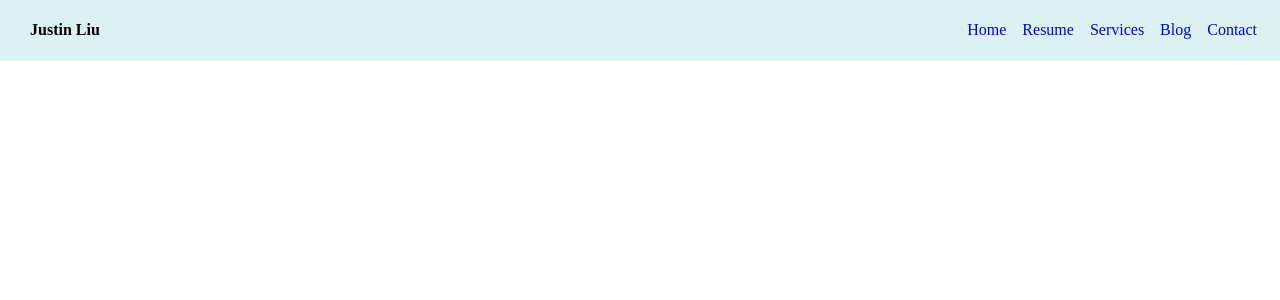
Repository: justinliu88/personal-projects
Page: index.html
These files come from the project's save history. The page is drawn as it stood at one moment and after the next save; the edit follows.
The browser window is 1280 px wide. The pictures show the whole page.
Some web libraries are served in a nearby version. The style sheet was rebuilt from its Sass, Less or Tailwind sources for each picture, by a compiler version that may differ from the author's.

Above is the page before, as saved 2020-03-16 23:41:43.

After the next save:
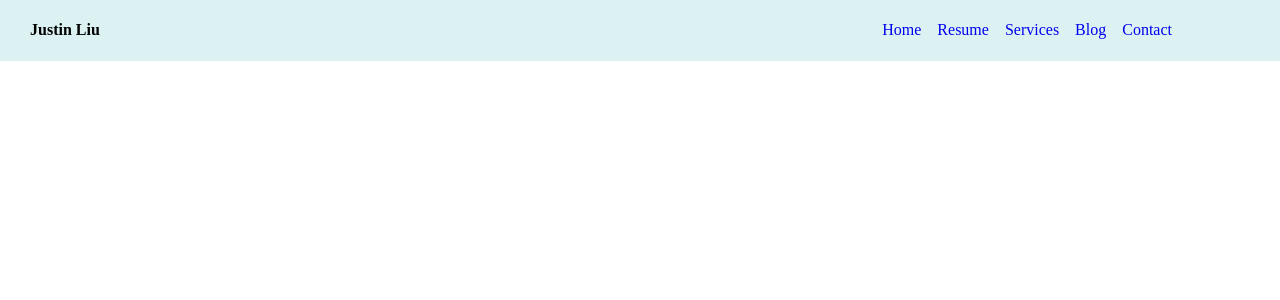
Saved 4 s later.
--- a/main.scss
+++ b/main.scss
@@ -21,7 +21,7 @@ body {
         justify-content: flex-end;
         align-items: center;
         margin: 0px;
-        padding-right: 15px;
+        padding-right: 100px;
     }
     &__buttons {
         align-items: center;
